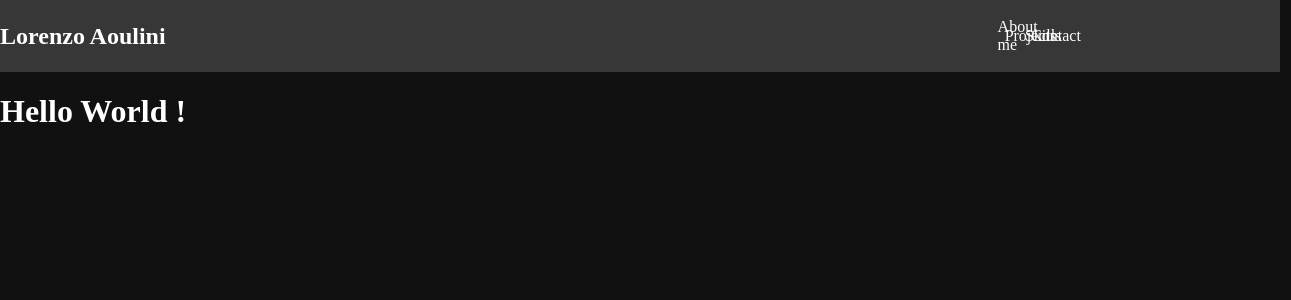
Repository: lolo298/lolo298.github.io
Page: index.html
The author's editor kept a copy of each file at every save. The page is drawn from the files as they stood at one save, then again after the next save.
The browser window is 1280 px wide. The page is 1280 px wide, then 1291 px, so the pictures cover 1291 px, including what lies to the right of the window. The pictures show the whole page.

Above is the page before, as saved 2022-05-09 17:11:34.

After the next save:
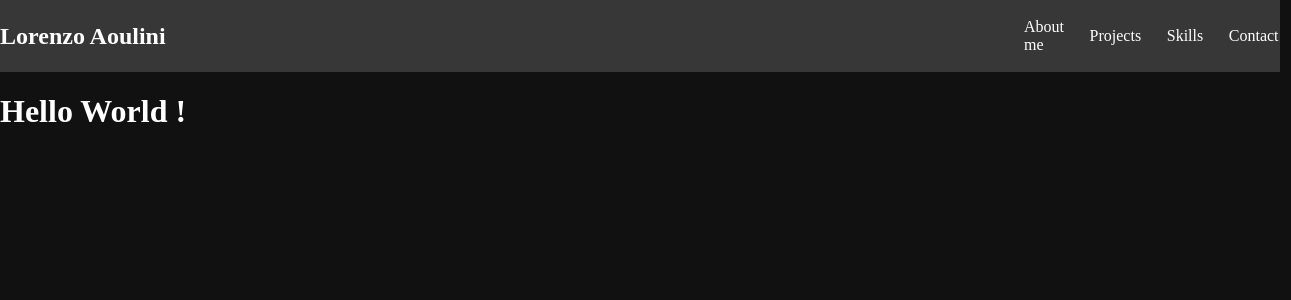
Saved 24 s later.
--- a/css/style.css
+++ b/css/style.css
@@ -37,7 +37,7 @@ body {
 
 .main-navbar-item {
     height: 100%;
-    width: 5%;
+    padding: 0% 5% 0% 5%;
     display: flex;
     justify-content: center;
     align-items: center;
